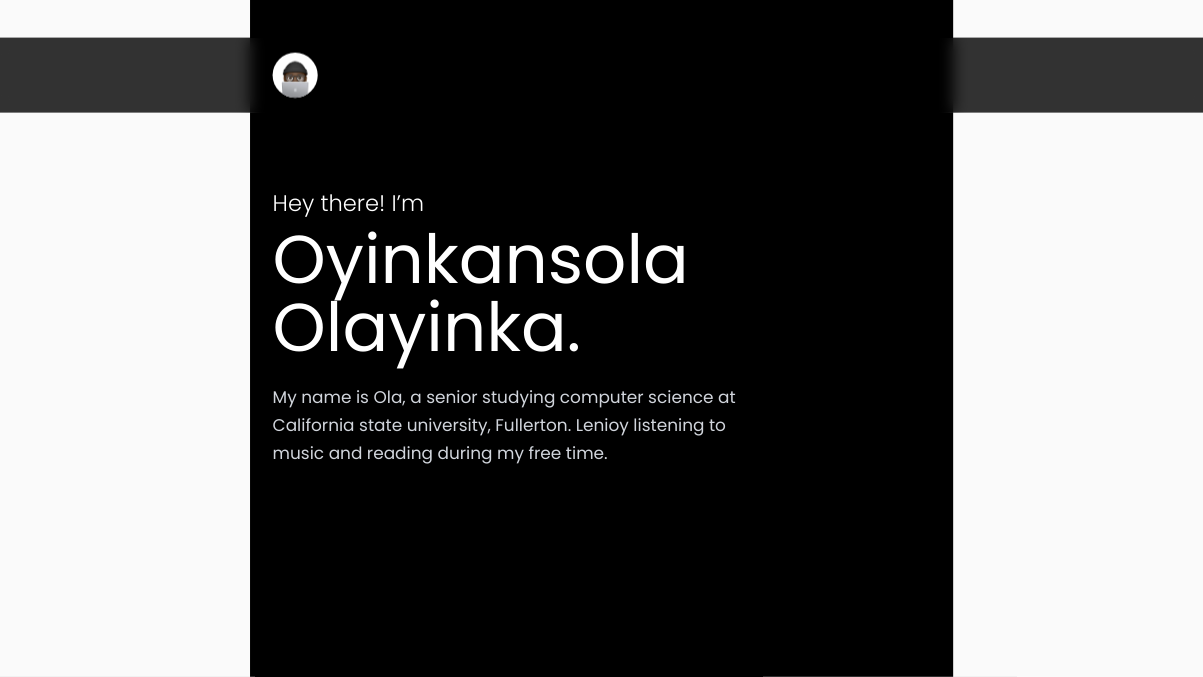
Repository: olasores/olasores-portfolio
Page: /
An editor plug-in stored every save of this project. The page is shown before and after the next save, followed by the edit.
The browser window is 1280 px wide. The pictures show the whole page, at 94% of full size.
The project was rebuilt for these pictures with package versions that can differ from the ones it lists, and the page was loaded fresh each time. The framework's server and built-in components were replaced by stand-ins that run in the browser. Also part of the build but not shown: next.config.ts.

Above is the page before, as saved 2025-11-11 12:54:12.

After the next save:
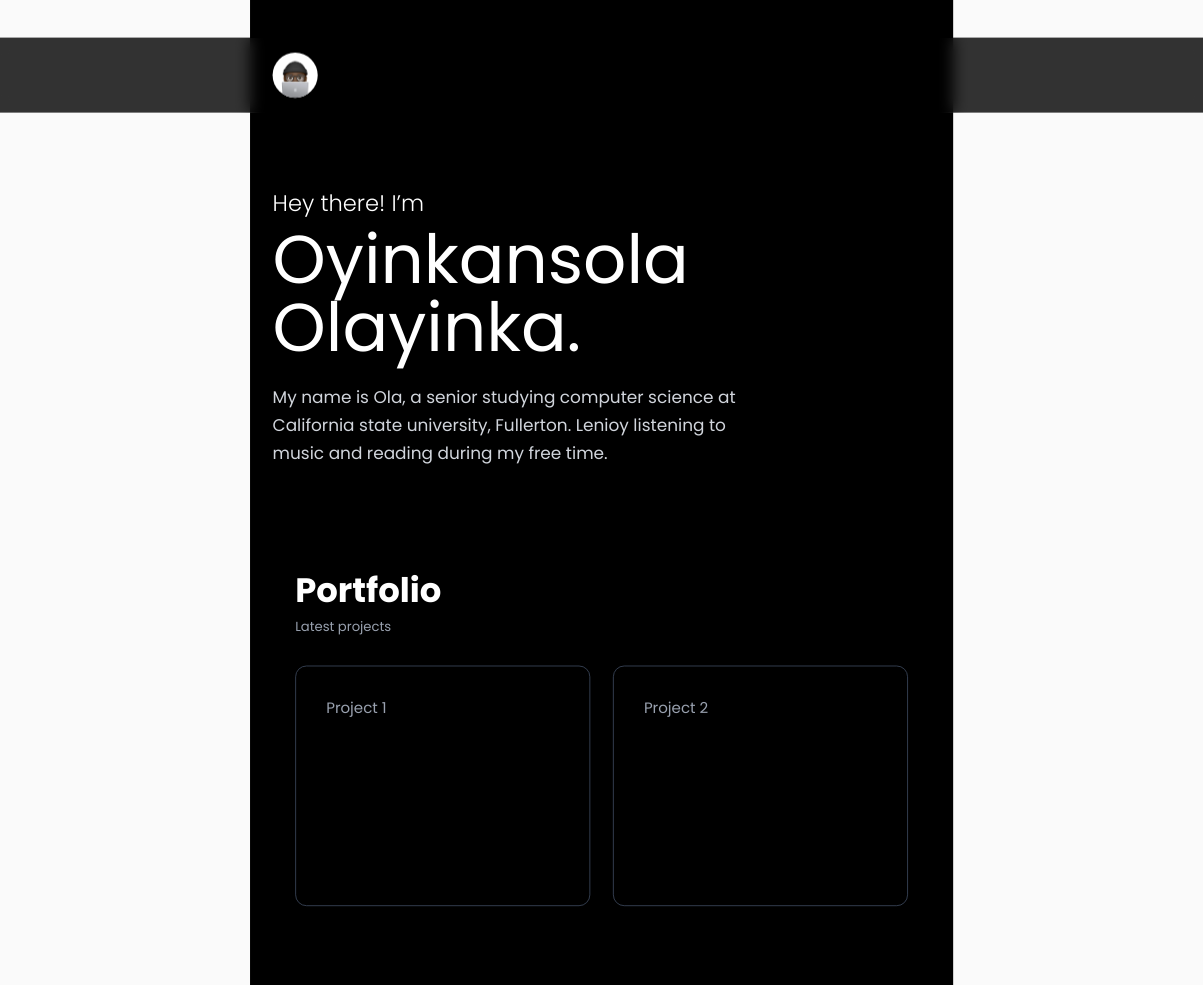
Saved 10 s later.
--- a/app/components/HomeSection.tsx
+++ b/app/components/HomeSection.tsx
@@ -31,6 +31,7 @@ export default function HomeSection() {
                         </a>
                     </div> */}
                 </div>
+                <Portfolio />
             </div>
         </div>
     );
